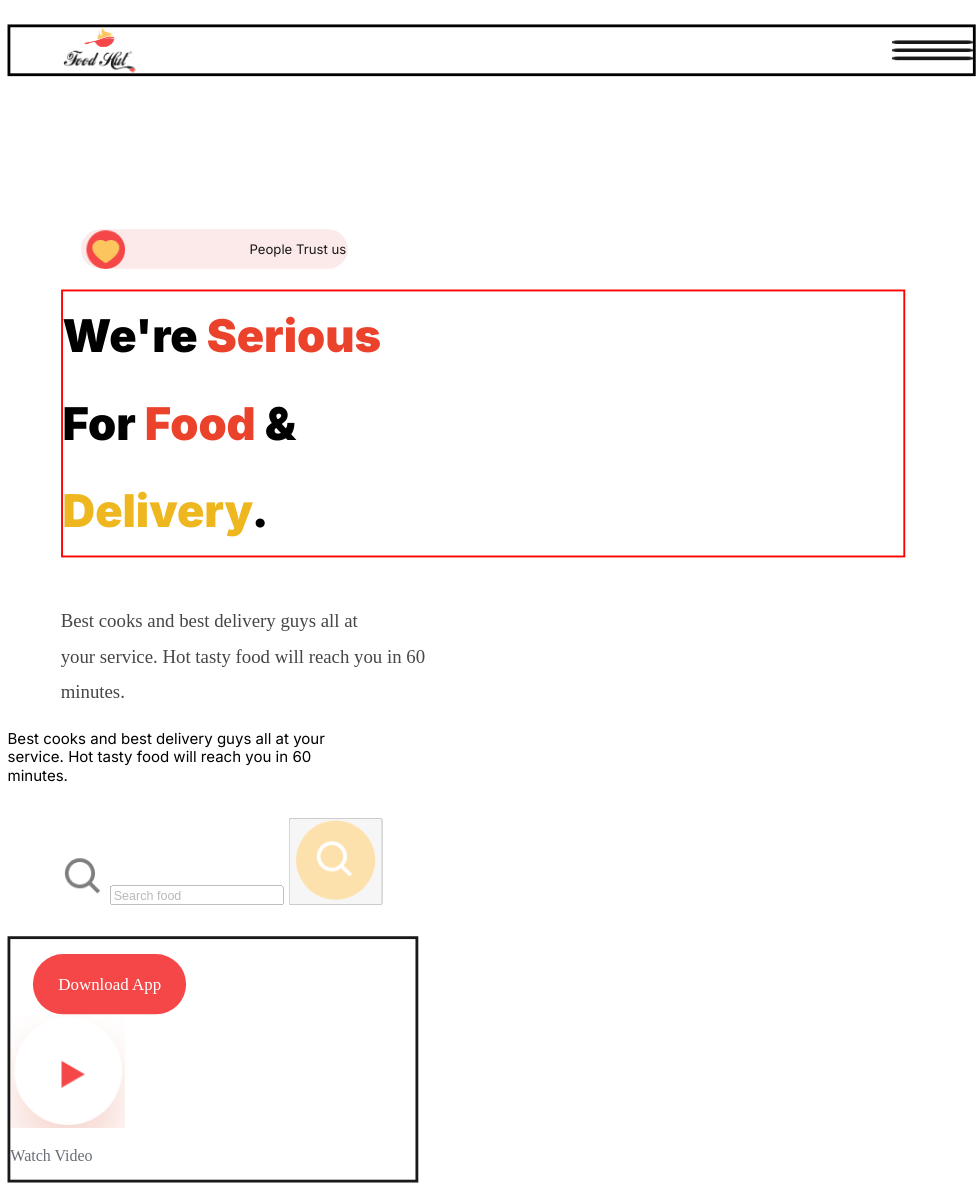
Repository: ReyhanehRahmani/Food-Hut
Page: FoodHut.html
The author's editor kept a copy of each file at every save. The page is drawn from the files as they stood at one save, then again after the next save.
The browser window is 1024 px wide. The page is 1038 px wide, so the pictures cover 1038 px, including what lies to the right of the window. The pictures show the whole page, at 94% of full size.
Some web fonts or font styles are not loaded; a fallback is used.

Above is the page before, as saved 2025-05-28 23:32:16.

After the next save:
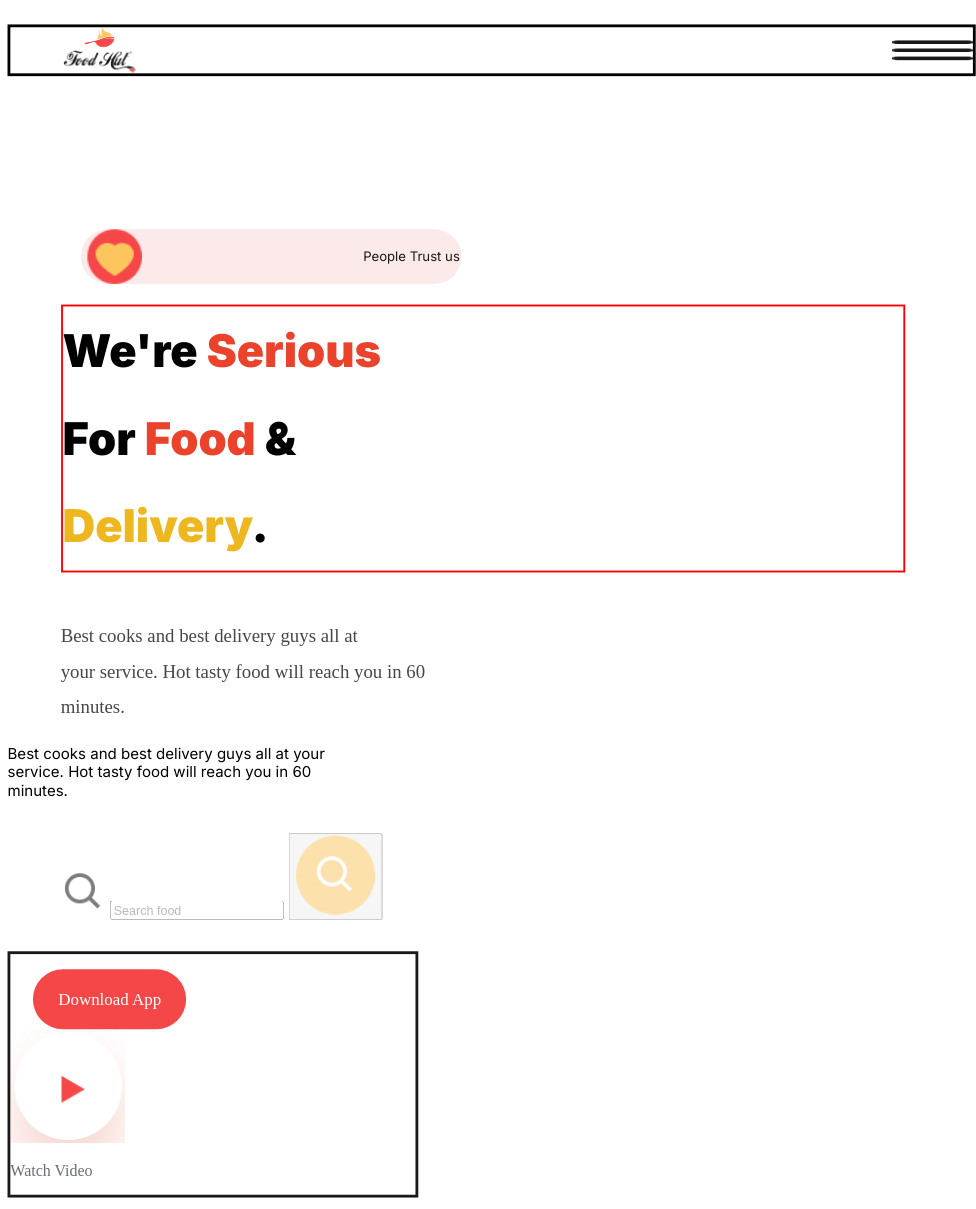
Saved 79 s later.
--- a/FoodHut.css
+++ b/FoodHut.css
@@ -51,25 +51,13 @@ body {
 
 }*/
 
+
+
 #HeartBox{
     display: flex;
     justify-content: space-between;
-    width: 28.226415094%;
-    height: 4.261796043%;
-    align-items: center;
-    border-radius: 100px;
-    white-space: nowrap;
-    background-color: #fce9e9;
     gap: 1.438848921%;
-}
-
-
-
-#HeartBox{
-    display: flex;
-    justify-content: space-between;
-    gap: 1.438848921%;
-    width: 28.226415094%;
+    width: 40.226415094%;
     height: 4.261796043%;
     align-items: center;
     border-radius: 100px;
